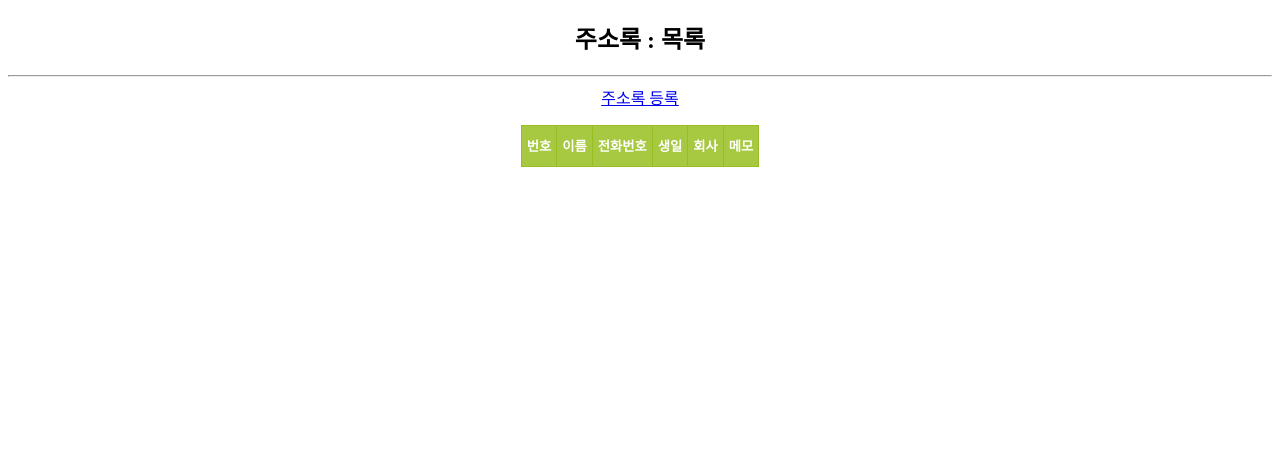
Repository: BeigeBear/TEST
Page: http://localhost/Addrbook/WebContents/addrbook_list.jsp
An editor plug-in stored every save of this project. The page is shown before and after the next save, followed by the edit.
The browser window is 1280 px wide. The pictures show the whole page.
The page is served by Tomcat 9. Nobody is signed in. The application's start-up code is not run. Other server files are loaded and not shown.

Above is the page before, as saved 2022-12-06 06:42:46.

### Addrbook/WebContents/addrbook_list.jsp
<%@ page language="java" contentType="text/html; charset=UTF-8"
    pageEncoding="UTF-8"
    errorPage="addrbook_error.jsp"
    import="com.addrbook.model.*, java.util.*" %>

<jsp:useBean id="addrList" scope="request" class="java.util.ArrayList" />


<!DOCTYPE html>
<html>
<head>
	<meta charset="UTF-8">
	<link rel="stylesheet" href="addrbook.css" type="text/css" media = "screen" />
	<script>
		function check(id){
			pwd = prompt('수정/삭제 하려면 비밀번호를 넣으세요');
			document.location.href="addrbook_edit_form.jsp?id="+id+"&upasswd="+pwd;
		}
	</script>

	<title>주소록 : 목록</title>
</head>

<body>
<div align = "center">
	<h2>주소록 : 목록</h2>
	<hr>
	<a href ="addrbook_form.jsp" >주소록 등록</a><p>

	<form>
	<table border="1">
		<tr bgcolor="#99CCFF">
			<tr>
			<th>번호</th>
			<th>이름</th>
			<th>전화번호</th>
			<th>생일</th>
			<th>회사</th>
			<th>메모</th>
			</tr>

			<%
				for(AddrDto addr : (ArrayList<AddrDto>) addrList) {
			 %>
				<tr>
					<td>
					<a href="javascript:check(<%= addr.getId() %>)" >
					<%= addr.getId() %>
					</a>
					</td>
					<td> <%=addr.getEmail() %> </td>
					<td> <%=addr.getComdept() %> </td>
					<td> <%=addr.getBirth() %> </td>
					<td> <%=addr.getTel() %> </td>
					<td> <%=addr.getMemo() %> </td>
				</tr>
			<%
				}
			%>
	</table>
	</form>

</div>
</body>

</html>

### Addrbook/WebContents/addrbook.css
@charset "UTF-8";

table{
    width :auto;
    border-collapse: collapse;
    text-align: center;
}


td, th{
    font-size: 10pt;
    border: 1px solid #98bf21;
    height: 30px;
    padding: 5px;
}

th{
    background-color: #a7c942;
    color: #ffffff;
    font-family: Georgia;
}


tr td{
    color: #000;
    background-color: #eaf2d3;
}

input{
    height: 25px;
    width: 200px;
}
input [type="submit"], [type="reset"], [type="button"]{
    height: 25px;
    width: 80px;
}

### Addrbook/WebContents/addrbook_form.jsp
<%@ page language="java" contentType="text/html; charset=UTF-8"
    pageEncoding="UTF-8"
    errorPage="addrbook_error.jsp"
    import="com.addrbook.model.*, java.util.*" %>

<!DOCTYPE html>
<html>
<head>
	<meta charset="UTF-8">
	<title>주소록 : 작성화면</title>
	<link rel="stylesheet" href = "addrbook.css" type="text/css" media = "screen" />
</head>

<body>
<div align="center">
	<h2>주소록 : 작성화면</h2>
	<hr>
	<a href=index.jsp>[ 주소록 목록으로 ]</a><p>

	<form name = form1
		method = post
		action = "/Addrbook/insert.do" >

	<table border="1">
		<tr>
		<th>이름</th>
		<td><input type="text" name = "name" maxlength="15"></td>
		</tr>

		<tr>
		<th>이메일</th>
		<td><input type="text" name = "email" maxlength="50"></td>
		</tr>

		<tr>
		<th>회사</th>
		<td><input type="text" name = "comdept" maxlength="20"></td>
		</tr>

		<tr>
		<th>생일</th>
		<td><input type="date" name = "birth"></td>
		</tr>

		<tr>
		<th>전화번호</th>
		<td><input type="text" name = "tel" maxlength="20"></td>
		</tr>

		<tr>
		<th>메모</th>
		<td><input type="text" name = "memo"></td>
		</tr>

		<tr>
		<td colspan=2 align=center>
		<input type = "submit" value="저장">
		<input type = "reset" value="취소">
		</td>
		</tr>
	</table>
	</form>
</div>

</body>
</html>

After the next save:
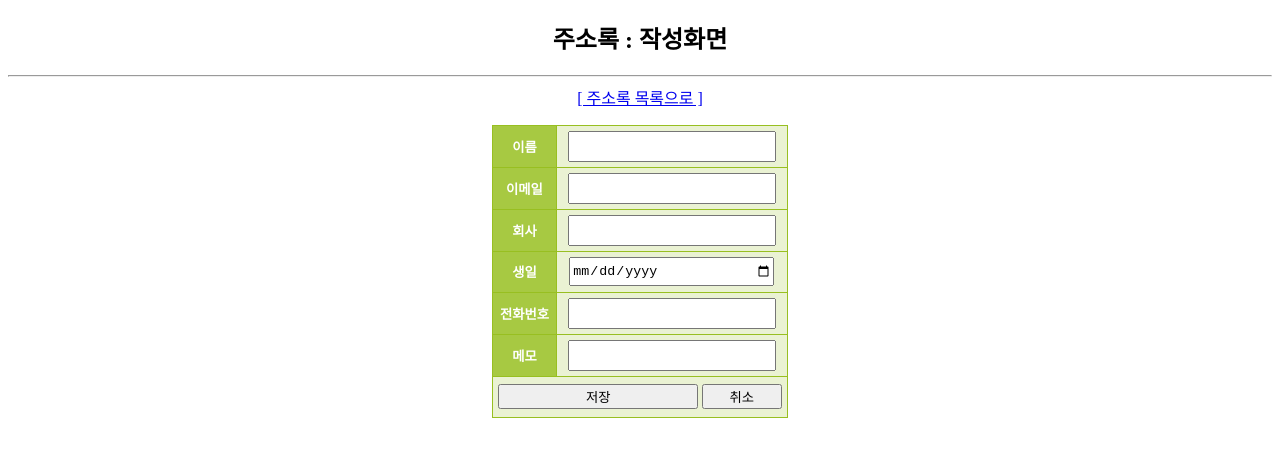
Saved 94 s later.
--- a/Addrbook/WebContents/addrbook_list.jsp
+++ b/Addrbook/WebContents/addrbook_list.jsp
@@ -25,7 +25,7 @@
 <div align = "center">
 	<h2>주소록 : 목록</h2>
 	<hr>
-	<a href ="addrbook_form.jsp" >주소록 등록</a><p>
+	<a href ='<jsp:forward page="addrbook_form.jsp"></jsp:forward>' >주소록 등록</a><p>
 
 	<form>
 	<table border="1">

After the 2 saves that followed:
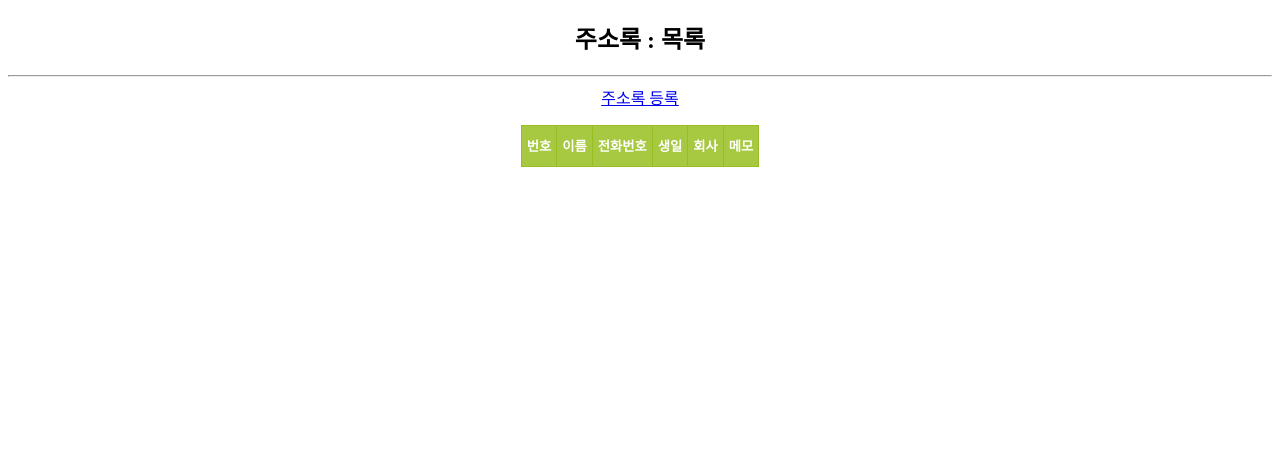
The 2 saves are shown as one change because 1 left the picture as it was.
The last was saved 28 s later.
--- a/Addrbook/WebContents/addrbook_list.jsp
+++ b/Addrbook/WebContents/addrbook_list.jsp
@@ -25,7 +25,7 @@
 <div align = "center">
 	<h2>주소록 : 목록</h2>
 	<hr>
-	<a href ='<jsp:forward page="addrbook_form.jsp"></jsp:forward>' >주소록 등록</a><p>
+	<a href = addrbook_form.jsp >주소록 등록</a><p>
 
 	<form>
 	<table border="1">
